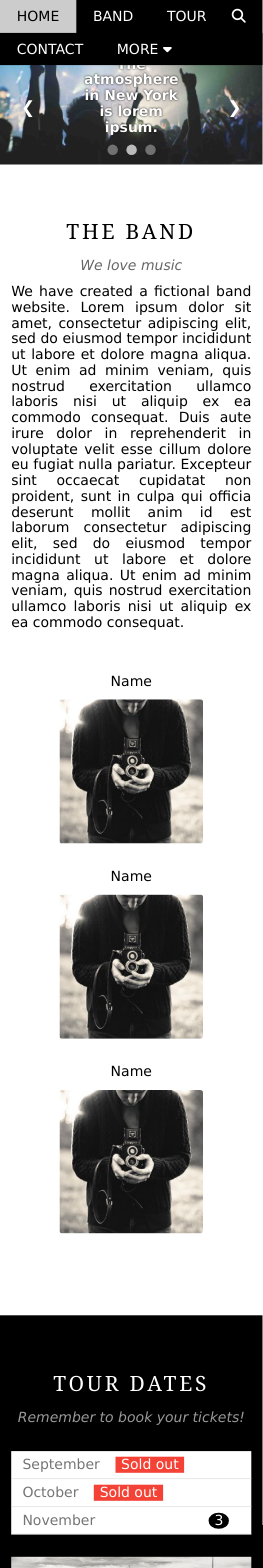
Repository: tam1512/The-Band
Page: index.html
The author's editor kept a copy of each file at every save. The page is drawn from the files as they stood at one save, then again after the next save.
The browser window is 375 px wide. The pictures show the part of the page from y = 0 to 2240 px (the page is 4832 px tall before and 4838 px after), at 70% of full size.
Some web libraries are served in a nearby version.

Above is the page before, as saved 2022-07-28 10:52:46.

After the next save:
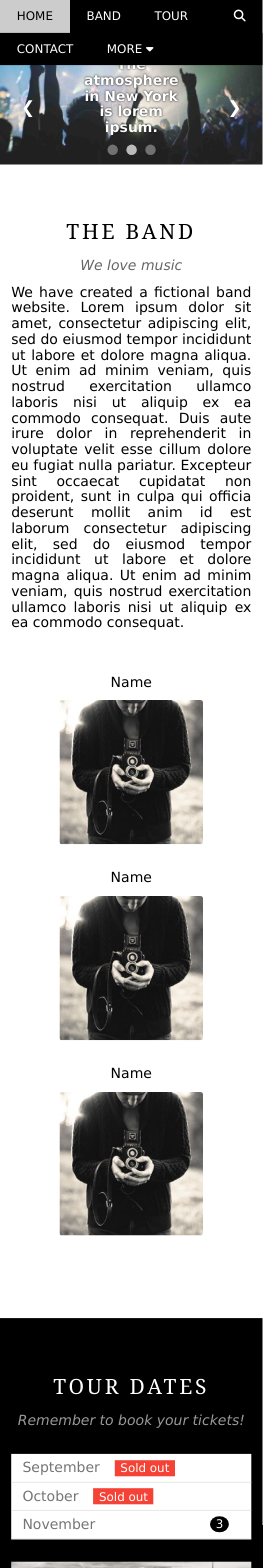
Saved 25 s later.
--- a/assets/css/responsive.css
+++ b/assets/css/responsive.css
@@ -30,7 +30,7 @@
 
 /* small-moblie */
 @media (max-width: 636px) {
-  body {
+  body p {
     font-size: 20px;
   }
   .s-m-full {
